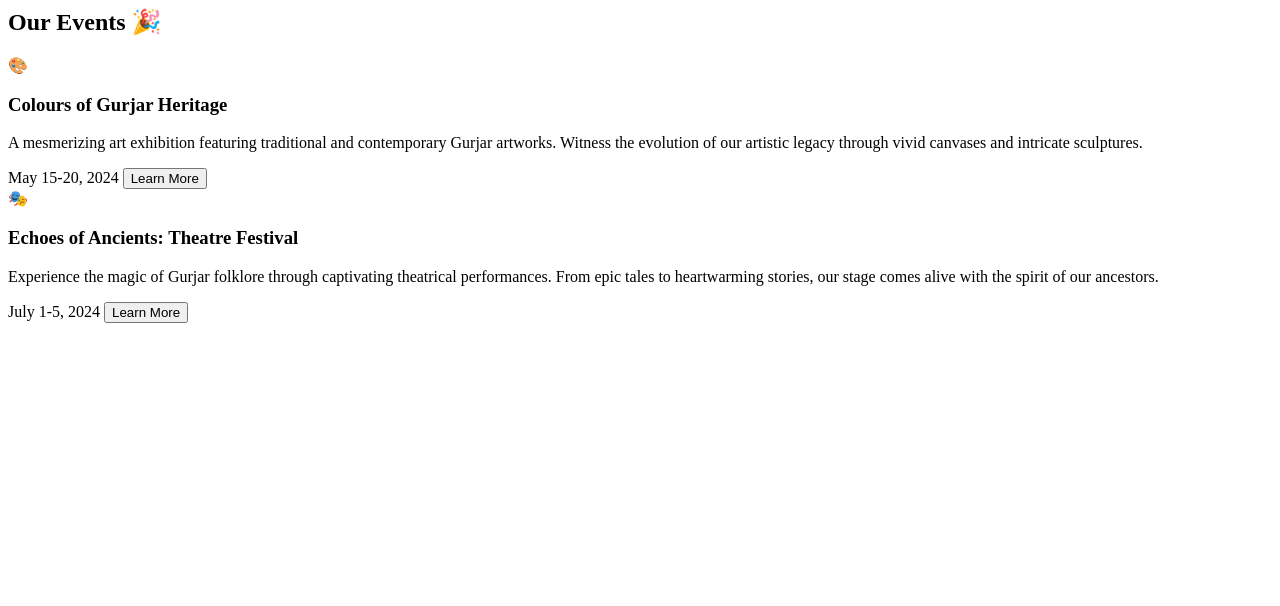
Repository: thegurjararyan/website-master
Page: components/events/events.html
An editor plug-in stored every save of this project. The page is shown before and after the next save, followed by the edit.
The browser window is 1280 px wide. The pictures show the whole page.

Above is the page before, as saved 2024-10-15 23:49:30.

### components/events/events.html
<section id="events" class="events-section">
    <div class="background-animation"></div>
    <h2>Our Events 🎉</h2>
    <div class="timeline">
        <div class="timeline-item">
            <div class="icon">🎨</div>
            <div class="content">
                <h3>Colours of Gurjar Heritage</h3>
                <p>A mesmerizing art exhibition featuring traditional and contemporary Gurjar artworks. Witness the evolution of our artistic legacy through vivid canvases and intricate sculptures.</p>
                <span>May 15-20, 2024</span>
                <button onclick="openModal('Colours of Gurjar Heritage', 'Detailed information about Colours of Gurjar Heritage.')">Learn More</button>
            </div>
        </div>
        <div class="timeline-item">
            <div class="icon">🎭</div>
            <div class="content">
                <h3>Echoes of Ancients: Theatre Festival</h3>
                <p>Experience the magic of Gurjar folklore through captivating theatrical performances. From epic tales to heartwarming stories, our stage comes alive with the spirit of our ancestors.</p>
                <span>July 1-5, 2024</span>
                <button onclick="openModal('Echoes of Ancients: Theatre Festival', 'Detailed information about Echoes of Ancients: Theatre Festival.')">Learn More</button>
            </div>
        </div>
        <!-- Add more timeline items as needed -->
    </div>
</section>

After the next save:
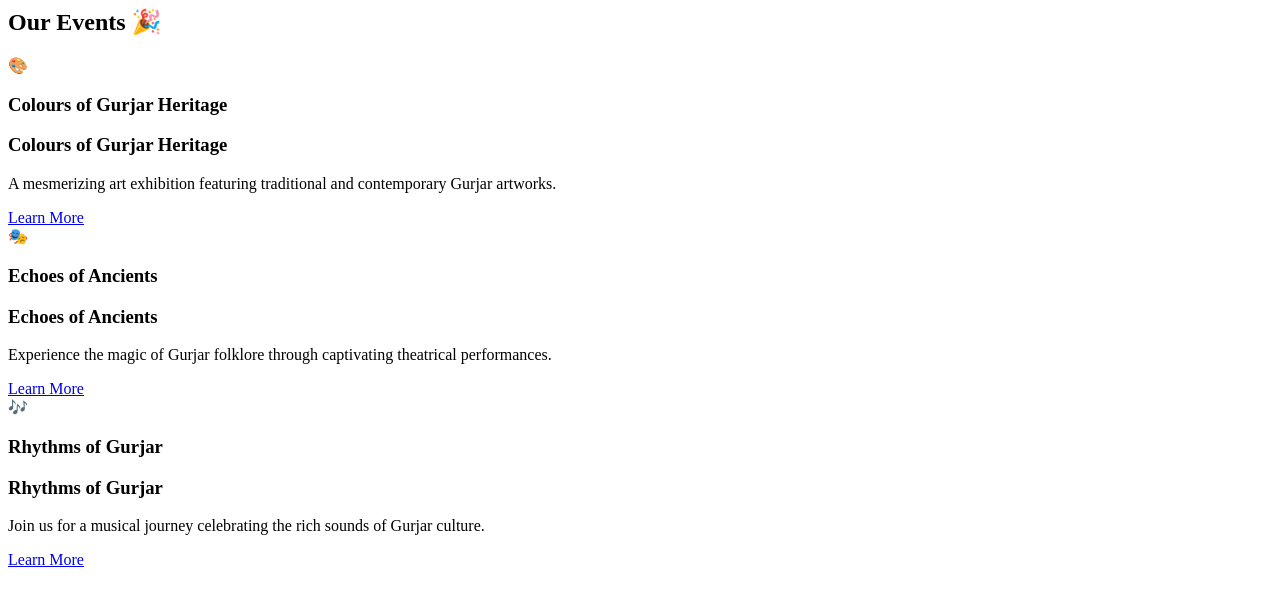
Saved 2 min 30 s later.
--- a/components/events/events.html
+++ b/components/events/events.html
@@ -1,25 +1,44 @@
 <section id="events" class="events-section">
-    <div class="background-animation"></div>
     <h2>Our Events 🎉</h2>
-    <div class="timeline">
-        <div class="timeline-item">
-            <div class="icon">🎨</div>
-            <div class="content">
-                <h3>Colours of Gurjar Heritage</h3>
-                <p>A mesmerizing art exhibition featuring traditional and contemporary Gurjar artworks. Witness the evolution of our artistic legacy through vivid canvases and intricate sculptures.</p>
-                <span>May 15-20, 2024</span>
-                <button onclick="openModal('Colours of Gurjar Heritage', 'Detailed information about Colours of Gurjar Heritage.')">Learn More</button>
+    <div class="card-container">
+        <div class="flip-card">
+            <div class="flip-card-inner">
+                <div class="flip-card-front">
+                    <div class="icon">🎨</div>
+                    <h3>Colours of Gurjar Heritage</h3>
+                </div>
+                <div class="flip-card-back">
+                    <h3>Colours of Gurjar Heritage</h3>
+                    <p>A mesmerizing art exhibition featuring traditional and contemporary Gurjar artworks.</p>
+                    <a href="art-exhibition.html" class="btn">Learn More</a>
+                </div>
             </div>
         </div>
-        <div class="timeline-item">
-            <div class="icon">🎭</div>
-            <div class="content">
-                <h3>Echoes of Ancients: Theatre Festival</h3>
-                <p>Experience the magic of Gurjar folklore through captivating theatrical performances. From epic tales to heartwarming stories, our stage comes alive with the spirit of our ancestors.</p>
-                <span>July 1-5, 2024</span>
-                <button onclick="openModal('Echoes of Ancients: Theatre Festival', 'Detailed information about Echoes of Ancients: Theatre Festival.')">Learn More</button>
+        <div class="flip-card">
+            <div class="flip-card-inner">
+                <div class="flip-card-front">
+                    <div class="icon">🎭</div>
+                    <h3>Echoes of Ancients</h3>
+                </div>
+                <div class="flip-card-back">
+                    <h3>Echoes of Ancients</h3>
+                    <p>Experience the magic of Gurjar folklore through captivating theatrical performances.</p>
+                    <a href="theatre-festival.html" class="btn">Learn More</a>
+                </div>
             </div>
         </div>
-        <!-- Add more timeline items as needed -->
+        <div class="flip-card">
+            <div class="flip-card-inner">
+                <div class="flip-card-front">
+                    <div class="icon">🎶</div>
+                    <h3>Rhythms of Gurjar</h3>
+                </div>
+                <div class="flip-card-back">
+                    <h3>Rhythms of Gurjar</h3>
+                    <p>Join us for a musical journey celebrating the rich sounds of Gurjar culture.</p>
+                    <a href="music-festival.html" class="btn">Learn More</a>
+                </div>
+            </div>
+        </div>
     </div>
 </section>
